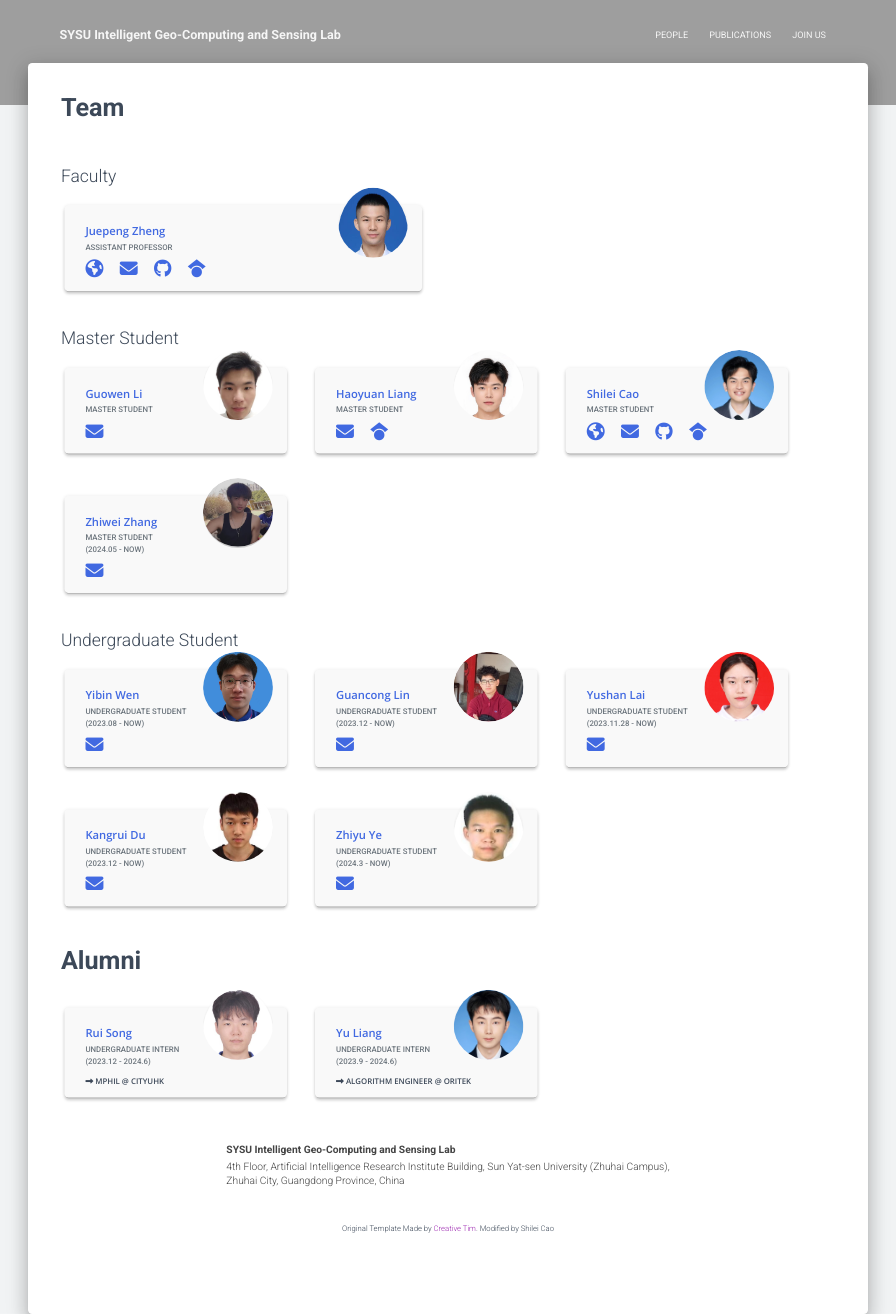
Repository: rssysu/rssysu.github.io
Page: people.html
These files come from the project's save history. The page is drawn as it stood at one moment and after the next save; the edit follows.
The browser window is 1280 px wide. The pictures show the whole page, at 70% of full size.
Pictures or frames that could not be fetched are drawn as grey boxes. Some web libraries are served in a nearby version.

Above is the page before, as saved 2025-03-18 20:58:31.

### people.html
<!DOCTYPE html>
<html lang="en">

<head>
    <meta charset="utf-8">
    <meta content="width=device-width, initial-scale=1.0, maximum-scale=1.0, user-scalable=0" name="viewport" />
    <meta http-equiv="X-UA-Compatible" content="IE=edge,chrome=1" />
    <!-- Favicons -->
    <!-- <link rel="apple-touch-icon" href="./assets/img/kit/free/apple-icon.png"> -->
    <link rel="icon" href="./assets/img/kit/free/sysu.ico">
    <title>
        SYSU IGCS Lab
    </title>
    <!--     Fonts and icons     -->
    <link rel="stylesheet" type="text/css" target="_blank" href="https://fonts.googleapis.com/css?family=Open+Sans:+400,500,600,700|Roboto:300,400,500,700|Roboto+Slab:400,700|Material+Icons" />
    <link rel="stylesheet" href="https://maxcdn.bootstrapcdn.com/font-awesome/latest/css/font-awesome.min.css" />
    <link rel="stylesheet" href="./assets/css/material-kit.css?v=2.0.2">
    <script src="https://kit.fontawesome.com/516fc2d02f.js" crossorigin="anonymous"></script>
    <!-- Documentation extras -->
    <!-- CSS Just for demo purpose, don't include it in your project -->
    <!-- <link href="./assets/assets-for-demo/demo.css" rel="stylesheet" /> -->
    <!-- iframe removal -->
</head>

<body class="index-page">
    <nav class="navbar navbar-color-on-scroll navbar-transparent navbar-light fixed-top navbar-expand-lg " color-on-scroll="0" id="sectionsNav">
        <div w3-include-html="header.html" class="container"></div>
    </nav>

    <div class="page-header2 header-filter clear-filter" data-parallax="true" style="background-image: url('assets/img/sysu1.jpg'); background-position-y: -170px; background-position: top;">
        <div class="container">
            <div class="row">
                <div class="col-md-8 ml-auto mr-auto">
                    <div class="brand">
                    </div>
                </div>
            </div>
        </div>
    </div>


    <div class="main main-raised">
        <div class="container">
            <div class="title" style="margin-bottom: 0em;">
              <h2><b>Team</b></h2>
            </div>
            <br>
            <div class="title" style="margin-bottom: -1em;">
                <h3>Faculty</h3>
            </div>

            <div class="row">
                <div class="card" style="width: 45%;">
                  <div class="card-body">
                        <div class="author">
                            <div class="avatar">
                                <img src="./assets/img/kit/faces/zjp-1.jpg" class="img-raised rounded-circle img-fluid"/>
                            </div>
                        </div>
                        <h4 class="card-title"> <a href= "./assets/resume/zjp.html" target="_blank"> Juepeng Zheng </a> </h4>
                        <h6 class="card-subtitle mb-2 text-muted">Assistant Professor</h6>
                        <!-- </a> -->
                    <a href="https://hail-alloy-af4.notion.site/Juepeng-Zheng-d3b70a4b409145139c91e55813cc80fa" class="card-link" target="_blank"><i class="fa fa-globe fa-2x" aria-hidden="true"></i></a>
                    <a href="mailto:" class="card-link"><i class="fa fa-envelope fa-2x" aria-hidden="true"></i></a>
                    <a href="https://github.com/rs-dl" class="card-link" target="_blank"><i class="fa fa-github fa-2x" aria-hidden="true"></i></a>
                    <a href="https://scholar.google.com/citations?user=xrb-A3kAAAAJ&hl=zh-CN&oi=ao" class="card-link" target="_blank"><i class="fa-brands fa-google-scholar fa-2x" aria-hidden="true"></i></a>
                  </div>
                </div>

            </div>

            <div class="title" style="margin-bottom: -1em;">
                <h3>Master Student</h3>
            </div>

            <div class="row">

                <div class="card" style="width: 28%;">
                    <div class="card-body">
                            <div class="author">
                                <div class="avatar">
                                    <img src="./assets/img/kit/faces/lgw.jpg" class="img-raised rounded-circle img-fluid"/>
                                </div>
                            </div>
                            <h4 class="card-title"> <a href="./assets/resume/lgw.html" target="_blank"> Guowen Li </a></h4>
                            <h6 class="card-subtitle mb-2 text-muted">Master Student <br></h6>

                            <a href="mailto:ligw8@mail2sysu.edu.cn" class="card-link"><i class="fa fa-envelope fa-2x" aria-hidden="true"></i></a>

                    </div>
                </div>

                <div class="card" style="width: 28%;">
                    <div class="card-body">
                            <div class="author">
                                <div class="avatar">
                                    <img src="./assets/img/kit/faces/lhy.jpg" class="img-raised rounded-circle img-fluid"/>
                                </div>
                            </div>
                            <h4 class="card-title"> <a href="./assets/resume/lhy.html" target="_blank">  Haoyuan Liang </a> </h4>
                            <h6 class="card-subtitle mb-2 text-muted">Master Student <br></h6>

                            <a href="mailto:lianghy68@mail2.sysu.edu.cn" class="card-link"><i class="fa fa-envelope fa-2x" aria-hidden="true"></i></a>
                            <a href="https://scholar.google.com/citations?hl=en&user=O40gNsQAAAAJ" class="card-link" target="_blank"><i class="fa-brands fa-google-scholar fa-2x" aria-hidden="true"></i></a>
                    </div>
                </div>

                <div class="card" style="width: 28%;">
                    <div class="card-body">
                          <div class="author">
                              <div class="avatar">
                                  <img src="./assets/img/kit/faces/csl.jpg" class="img-raised rounded-circle img-fluid"/>
                              </div>
                          </div>
                          <h4 class="card-title" > <a href="./assets/resume/csl.html" target="_blank">  Shilei Cao </a></h4>
                          <h6 class="card-subtitle mb-2 text-muted">Master Student <br></h6>
                            <a href="https://shileicao.github.io/" class="card-link" target="_blank"><i class="fa fa-globe fa-2x" aria-hidden="true"></i></a>
                            <a href="mailto:caoshlei@mail2.sysu.edu.cn" class="card-link"><i class="fa fa-envelope fa-2x" aria-hidden="true"></i></a>
                            <a href="https://github.com/ShileiCao" class="card-link" target="_blank"><i class="fa fa-github fa-2x" aria-hidden="true"></i></a>
                            <a href="https://scholar.google.com/citations?user=-bCjtakAAAAJ&hl=en" class="card-link" target="_blank"><i class="fa-brands fa-google-scholar fa-2x" aria-hidden="true"></i></a>
                    </div>
                </div>

                <div class="card" style="width: 28%;">
                    <div class="card-body">
                            <div class="author">
                                <div class="avatar">
                                    <img src="./assets/img/kit/faces/zzw.jpg" class="img-raised rounded-circle img-fluid"/>
                                </div>
                            </div>
                            <h4 class="card-title"> <a href="./assets/resume/zzw.html" target="_blank">  Zhiwei Zhang </a> </h4>
                            <h6 class="card-subtitle mb-2 text-muted">Master Student <br> (2024.05 - Now)</h6>
                            <a href="mailto:zhangzhw65@mail2.sysu.edu.cn" class="card-link"><i class="fa fa-envelope fa-2x" aria-hidden="true"></i></a>
                    </div>
                </div>

            </div>


            <div class="title" style="margin-bottom: -1em;">
                <h3>Undergraduate Student</h3>
            </div>

            <div class="row">


                <div class="card" style="width: 28%;">
                    <div class="card-body">
                          <div class="author">
                              <div class="avatar">
                                  <img src="./assets/img/kit/faces/wyb.jpg" class="img-raised rounded-circle img-fluid"/>
                              </div>
                          </div>
                          <h4 class="card-title"> <a href="./assets/resume/wyb.html" target="_blank"> Yibin Wen </a></h4>
                          <h6 class="card-subtitle mb-2 text-muted">Undergraduate Student  <br> (2023.08 - Now)</h6>

                            <a href="mailto:wenyb5@mail2.sysu.edu.cn" class="card-link"><i class="fa fa-envelope fa-2x" aria-hidden="true"></i></a>

                    </div>
                </div>

                <div class="card" style="width: 28%;">
                    <div class="card-body">
                          <div class="author">
                              <div class="avatar">
                                  <img src="./assets/img/kit/faces/lgc.jpg" class="img-raised rounded-circle img-fluid"/>
                              </div>
                          </div>
                          <h4 class="card-title"> <a href="./assets/resume/lgc.html" target="_blank">  Guancong Lin </a></h4>
                          <h6 class="card-subtitle mb-2 text-muted">Undergraduate Student <br> (2023.12 - Now)</h6>

                            <a href="mailto:lingc8@mail2.sysu.edu.cn" class="card-link"><i class="fa fa-envelope fa-2x" aria-hidden="true"></i></a>

                    </div>
                </div>

                <div class="card" style="width: 28%;">
                    <div class="card-body">
                          <div class="author">
                              <div class="avatar">
                                  <img src="./assets/img/kit/faces/lys.jpg" class="img-raised rounded-circle img-fluid"/>
                              </div>
                          </div>
                          <h4 class="card-title"> <a href="./assets/resume/lys.html" target="_blank"> Yushan Lai </a></h4>
                          <h6 class="card-subtitle mb-2 text-muted">Undergraduate Student <br> (2023.11.28 - Now)</h6>

                            <a href="mailto:laiysh6@mail2.sysu.edu.cn" class="card-link"><i class="fa fa-envelope fa-2x" aria-hidden="true"></i></a>

                    </div>
                </div>

                <div class="card" style="width: 28%;">
                    <div class="card-body">
                          <div class="author">
                              <div class="avatar">
                                  <img src="./assets/img/kit/faces/dkr.jpg" class="img-raised rounded-circle img-fluid"/>
                              </div>
                          </div>
                          <h4 class="card-title"> <a href="./assets/resume/dkr.html" target="_blank"> Kangrui Du </a></h4>
                          <h6 class="card-subtitle mb-2 text-muted">Undergraduate Student <br> (2023.12 - Now)</h6>

                            <a href="mailto:dukr6@mail2.sysu.edu.cn" class="card-link"><i class="fa fa-envelope fa-2x" aria-hidden="true"></i></a>

                    </div>
                </div>

                <div class="card" style="width: 28%;">
                    <div class="card-body">
                          <div class="author">
                              <div class="avatar">
                                  <img src="./assets/img/kit/faces/yzy.jpg" class="img-raised rounded-circle img-fluid"/>
                              </div>
                          </div>
                          <h4 class="card-title"> <a href="./assets/resume/yzy.html" target="_blank"> Zhiyu Ye </a></h4>
                          <h6 class="card-subtitle mb-2 text-muted">Undergraduate Student <br> (2024.3 - Now)</h6>
                          <a href="mailto:yezhy26@mail2.sysu.edu.cn" class="card-link"><i class="fa fa-envelope fa-2x" aria-hidden="true"></i></a>

                    </div>
                </div>

            </div>



            <div class="title" style="margin-bottom: 0em;">
              <h2><b>Alumni</b></h2>
            </div>
            <div class="row">

            <div class="card" style="width: 28%;">
                <div class="card-body">
                      <div class="author">
                          <div class="avatar">
                              <img src="./assets/img/kit/faces/sr.jpg" class="img-raised rounded-circle img-fluid"/>
                          </div>
                      </div>
                      <h4 class="card-title"> <a href="./assets/resume/sr.html" target="_blank"> Rui Song </a> </h4>
                      <h6 class="card-subtitle mb-2 text-muted">Undergraduate Intern (2023.12 - 2024.6) </h6>
                      <h6 class="card-title"> <i class="fa fa-long-arrow-right" aria-hidden="true"></i> MPhil @ CityUHK  </h6>
                        <!-- <a href="mailto:1223324036@qq.com" class="card-link"><i class="fa fa-envelope fa-2x" aria-hidden="true"></i></a>        -->

                </div>
            </div>

            <div class="card" style="width: 28%;">
                <div class="card-body">
                      <div class="author">
                          <div class="avatar">
                              <img src="./assets/img/kit/faces/ly.jpg" class="img-raised rounded-circle img-fluid"/>
                          </div>
                      </div>
                      <h4 class="card-title"> <a href="./assets/resume/ly.html" target="_blank">  Yu Liang </a> </h4>
                      <h6 class="card-subtitle mb-2 text-muted">Undergraduate Intern (2023.9 - 2024.6) </h6>
                      <h6 class="card-title"> <i class="fa fa-long-arrow-right" aria-hidden="true"></i> Algorithm Engineer @ Oritek </h6>
                        <!-- <a href="mailto:liangy283@mail2.sysu.edu.cn" class="card-link"><i class="fa fa-envelope fa-2x" aria-hidden="true"></i></a>        -->

                </div>
            </div>

        </div>
    <!--     <div>

                <h4 class="card-title" style="margin-bottom: -0.5em;">Hyunseo Koh<font size="3em"> <font color="gray">(GIST MS, 2023)</font> <i class="fa fa-long-arrow-right" aria-hidden="true"></i> TBD</font></h4>
                <h4 class="card-title" style="margin-bottom: -0.5em;">Jihun Kim<font size="3em"> <font color="gray">(GIST MS, 2023)</font> <i class="fa fa-long-arrow-right" aria-hidden="true"></i> Minds and company (Mil. Oblig.)</font></h4>
                <h4 class="card-title" style="margin-bottom: -0.5em;">Dahyun Kim<font size="3em"> <font color="gray">(GIST MS, 2022)</font> <i class="fa fa-long-arrow-right" aria-hidden="true"></i> Upstage (Mil. Oblig.)</font></h4>
                <h4 class="card-title" style="margin-bottom: -0.5em;">YeongWoo Nam<font size="3em"> <font color="gray">(GIST MS, 2022)</font> <i class="fa fa-long-arrow-right" aria-hidden="true"></i> Saige Research (Mil. Oblig.)</font></h4>
                <h4 class="card-title" style="margin-bottom: -0.5em;">Taeil Oh<font size="3em"> <font color="gray">(GIST MS, 2022)</font> <i class="fa fa-long-arrow-right" aria-hidden="true"></i> Alsemy</font></h4>
                <h4 class="card-title" style="margin-bottom: -0.5em;">Mohammad Mostafavi<font size="3em"> <font color="gray">(GIST Ph.D., 2021, co-advised by Prof. Kuk-Jin Yoon (KAIST))</font> <i class="fa fa-long-arrow-right" aria-hidden="true"></i> Research Scientist @ Lunit</font></h4>
                <h4 class="card-title" style="margin-bottom: -0.5em;">Dongmin Kang <font size="3em"><font color="gray">(GIST MS, 2021)</font> <i class="fa fa-long-arrow-right" aria-hidden="true"></i> Researcher @ GIST AI Institute (Mil. Oblig.) <i class="fa fa-long-arrow-right" aria-hidden="true"></i> SI Analytics (Mil. Oblig.)</h4>
                <h4 class="card-title" style="margin-bottom: -0.5em;">Jinwoo Nam <font size="3em"><font color="gray">(GIST MS, 2021)</font> <i class="fa fa-long-arrow-right" aria-hidden="true"></i> Knowre Inc. (Mil. Oblig.)</h4>
                <h4 class="card-title" style="margin-bottom: -0.5em;">Yeonsik Jo <font size="3em"><font color="gray">(GIST MS, 2021)</font> <i class="fa fa-long-arrow-right" aria-hidden="true"></i> Research Engineer @ LG AI Research</h4>

                <div style="margin-bottom: 2em;"></div>

            </div> -->
<!--
            <div class="title" style="margin-bottom: 0em;">
                <h3>Alumni - Undergraduate Interns</h3>
            </div>

            <div>

                <h4 class="card-title" style="margin-bottom: -0.5em;">Yu Yeong Kim<font size="3em"> <font color="gray">(GIST BS, 2023)</font> <i class="fa fa-long-arrow-right" aria-hidden="true"></i> KAIST GS AI</font></h4>
                <h4 class="card-title" style="margin-bottom: -0.5em;">Daneul Kim<font size="3em"> <font color="gray">(GIST BS, 2023)</font> <i class="fa fa-long-arrow-right" aria-hidden="true"></i> SNU GS AI</font></h4>
                <h4 class="card-title" style="margin-bottom: -0.5em;">Pratham Sahu<font size="3em"> <font color="gray">(IITK BS, 2025?)</font> <i class="fa fa-long-arrow-right" aria-hidden="true"></i> TBD</font></h4>
                <h4 class="card-title" style="margin-bottom: -0.5em;">Divyam Goel<font size="3em"> <font color="gray">(IITR BS, 2023)</font> <i class="fa fa-long-arrow-right" aria-hidden="true"></i> TBD</font></h4>
                <h4 class="card-title" style="margin-bottom: -0.5em;">Suvaansh Bhambri<font size="3em"> <font color="gray">(IITR BS, 2022)</font> <i class="fa fa-long-arrow-right" aria-hidden="true"></i> TBD</font></h4>
                <h4 class="card-title" style="margin-bottom: -0.5em;">Sunoh Lee<font size="3em"> <font color="gray">(GIST BS, 2022)</font> <i class="fa fa-long-arrow-right" aria-hidden="true"></i> Researcher @ ADD (Mil. Oblig.)</font></h4>
                <h4 class="card-title" style="margin-bottom: -0.5em;">Ashish Sinha<font size="3em"> <font color="gray">(IITR BS, 2021)</font> <i class="fa fa-long-arrow-right" aria-hidden="true"></i> Grad. Student @ Simon Fraser University</font></h4>
                <h4 class="card-title" style="margin-bottom: -0.5em;">Daeun Kyung<font size="3em"> <font color="gray">(GIST BS, 2021)</font> <i class="fa fa-long-arrow-right" aria-hidden="true"></i> Grad. student @ KAIST GS AI</h4>
                <h4 class="card-title" style="margin-bottom: -0.5em;">Kunal Pratap Singh <font size="3em"><font color="gray">(IITR BS, 2021)</font> <i class="fa fa-long-arrow-right" aria-hidden="true"></i> Predoctoral Young Investigator @ AI2 <i class="fa fa-long-arrow-right" aria-hidden="true"></i> Ph.D. Student @ EPFL</h4>
                <h4 class="card-title" style="margin-bottom: -0.5em;">Jaeyoung Ahn <font size="3em"><font color="gray">(GIST BS, 2021)</font> <i class="fa fa-long-arrow-right" aria-hidden="true"></i> Deeping Source Inc.</h4>
                <h4 class="card-title" style="margin-bottom: -0.5em;">Dahyun Kim<font size="3em"> <font color="gray">(GIST BS, 2020)</font> <i class="fa fa-long-arrow-right" aria-hidden="true"></i> Join our lab</font></h4>
                <h4 class="card-title" style="margin-bottom: -0.5em;">Donggun Lee <font size="3em"><font color="gray">(GIST BS, 2020)</font> <i class="fa fa-long-arrow-right" aria-hidden="true"></i> Grad. student @ POSTECH Graphics Lab.</h4>
                <h4 class="card-title" style="margin-bottom: -0.5em;">Jihwan Bae <font size="3em"><font color="gray">(GIST BS, 2020)</font> <i class="fa fa-long-arrow-right" aria-hidden="true"></i> Researcher @ ADD (Mil. Oblig.)</font></h4>

                <div style="margin-bottom: 2em;"></div>

            </div>
        </div>
    </div> -->
    <!--  End Modal -->
    <div w3-include-html="footer.html"></div>

    <!--   Core JS Files   -->
    <script src="./assets/js/core/jquery.min.js"></script>
    <script src="./assets/js/core/popper.min.js"></script>
    <script src="./assets/js/bootstrap-material-design.js"></script>
    <!--  Plugin for Date Time Picker and Full Calendar Plugin  -->
    <script src="./assets/js/plugins/moment.min.js"></script>
    <!--	Plugin for the Datepicker, full documentation here: https://github.com/Eonasdan/bootstrap-datetimepicker -->
    <script src="./assets/js/plugins/bootstrap-datetimepicker.min.js"></script>
    <!--	Plugin for the Sliders, full documentation here: http://refreshless.com/nouislider/ -->
    <script src="./assets/js/plugins/nouislider.min.js"></script>
    <!-- Material Kit Core initialisations of plugins and Bootstrap Material Design Library -->
    <script src="./assets/js/material-kit.js?v=2.0.2"></script>
    <!-- Fixed Sidebar Nav - js With initialisations For Demo Purpose, Don't Include it in your project -->
    <script src="./assets/assets-for-demo/js/material-kit-demo.js"></script>
    <!-- including html -->
    <script src="./assets/js/include-html.js"></script>
    <script>
        $(document).ready(function() {

            //init DateTimePickers
            materialKit.initFormExtendedDatetimepickers();

            // // Sliders Init
            // materialKit.initSliders();

            includeHTML();
        });
    </script>
</body>

</html>

Loaded but not shown: assets/css/material-kit.css (library); assets/js/core/jquery.min.js (library); assets/js/core/popper.min.js (library); assets/js/bootstrap-material-design.js (library); assets/js/plugins/moment.min.js (library); assets/js/plugins/bootstrap-datetimepicker.min.js (library); assets/js/plugins/nouislider.min.js (library); assets/js/material-kit.js (446 lines, source omitted); assets/assets-for-demo/js/material-kit-demo.js (98 lines, source omitted); assets/js/include-html.js (27 lines, source omitted); header.html (59 lines, source omitted); footer.html (36 lines, source omitted)

After the next save:
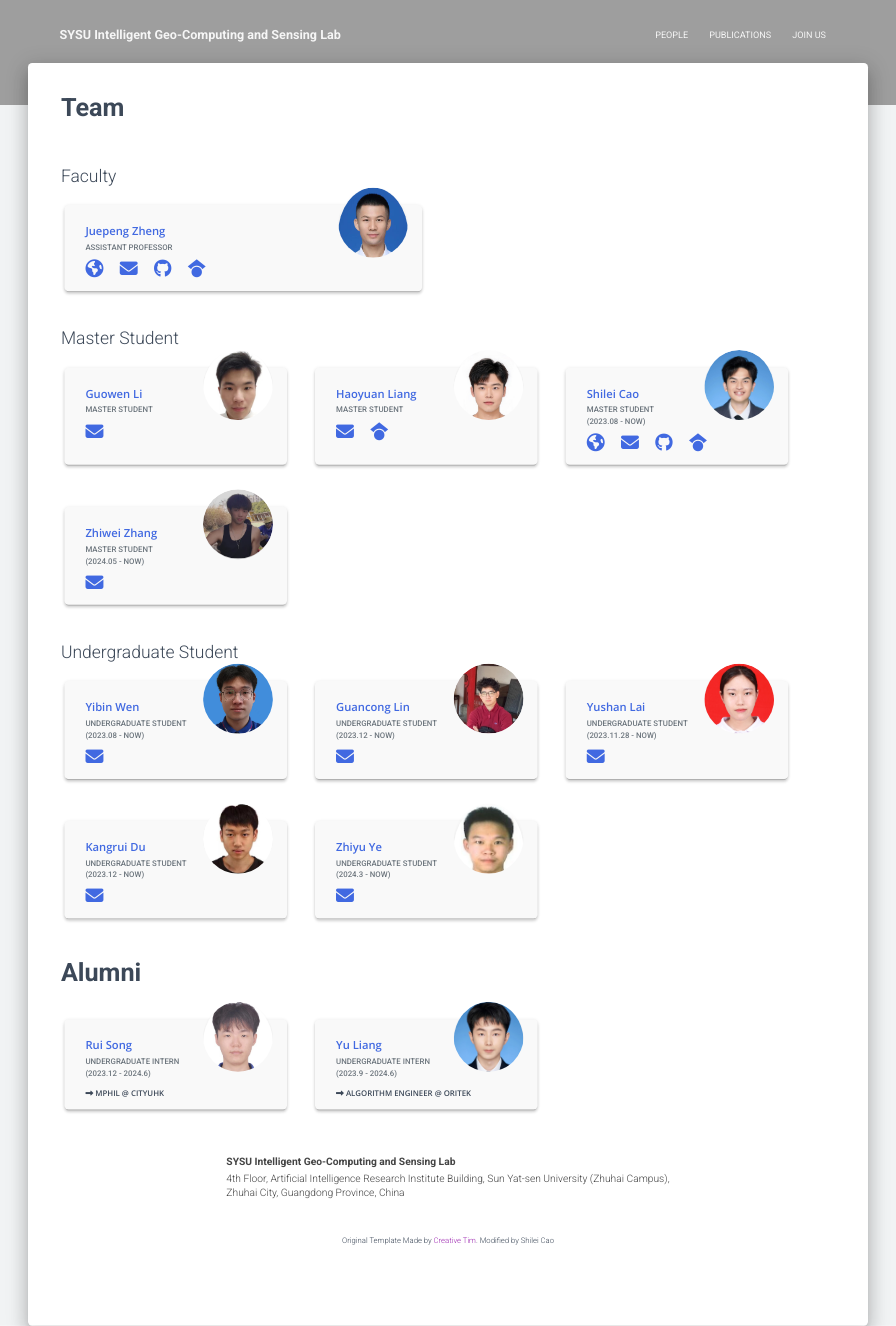
Saved 36 s later.
--- a/people.html
+++ b/people.html
@@ -113,7 +113,7 @@
                               </div>
                           </div>
                           <h4 class="card-title" > <a href="./assets/resume/csl.html" target="_blank">  Shilei Cao </a></h4>
-                          <h6 class="card-subtitle mb-2 text-muted">Master Student <br></h6>
+                          <h6 class="card-subtitle mb-2 text-muted">Master Student <br> (2023.08 - Now) </h6>
                             <a href="https://shileicao.github.io/" class="card-link" target="_blank"><i class="fa fa-globe fa-2x" aria-hidden="true"></i></a>
                             <a href="mailto:caoshlei@mail2.sysu.edu.cn" class="card-link"><i class="fa fa-envelope fa-2x" aria-hidden="true"></i></a>
                             <a href="https://github.com/ShileiCao" class="card-link" target="_blank"><i class="fa fa-github fa-2x" aria-hidden="true"></i></a>
